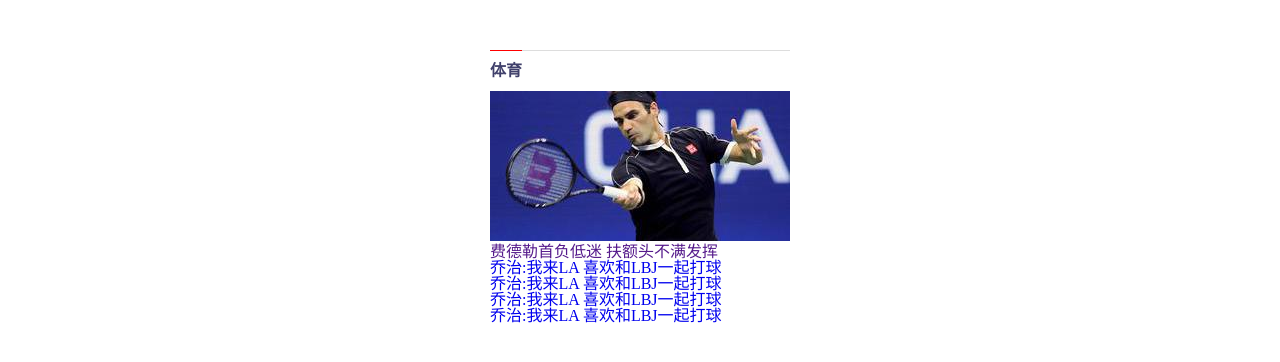
Repository: Romic77/css-test
Page: exercise/03_网易新闻的右侧列表.html
The author's editor kept a copy of each file at every save. The page is drawn from the files as they stood at one save, then again after the next save.
The browser window is 1280 px wide. The pictures show the whole page.

Above is the page before, as saved 2022-09-03 15:52:02.

After the next save:
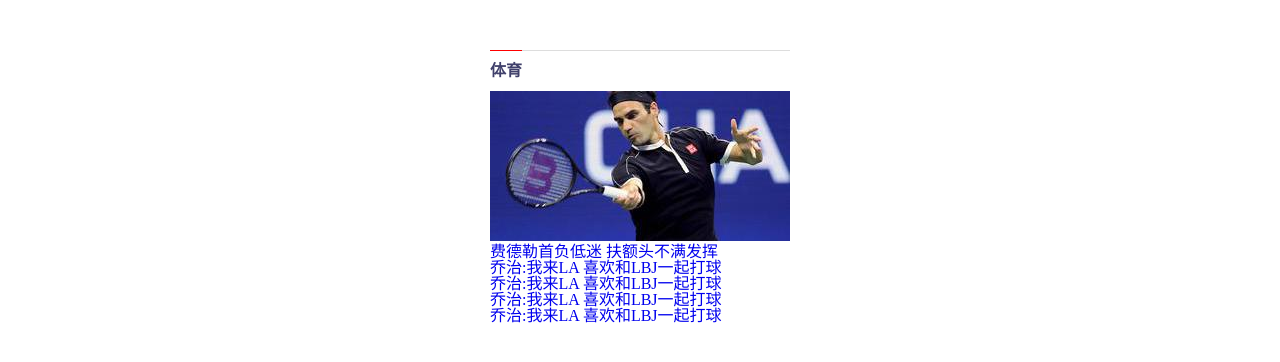
Saved 23 s later.
--- a/exercise/03_网易新闻的右侧列表.html
+++ b/exercise/03_网易新闻的右侧列表.html
@@ -43,7 +43,7 @@
 
         .news-title .img-title {
             color: #fff;
-            margin-top: -40px;
+            margin-top: -30px;
             font-weight: bold;
         }
     </style>
@@ -56,7 +56,7 @@
         </h2>
 
         <div class="news-img">
-            <a href="">
+            <a href="#">
                 <img src="./img/03/1.jpeg" alt="">
 
                 <h3 class="img-title">费德勒首负低迷 扶额头不满发挥 </h3>
